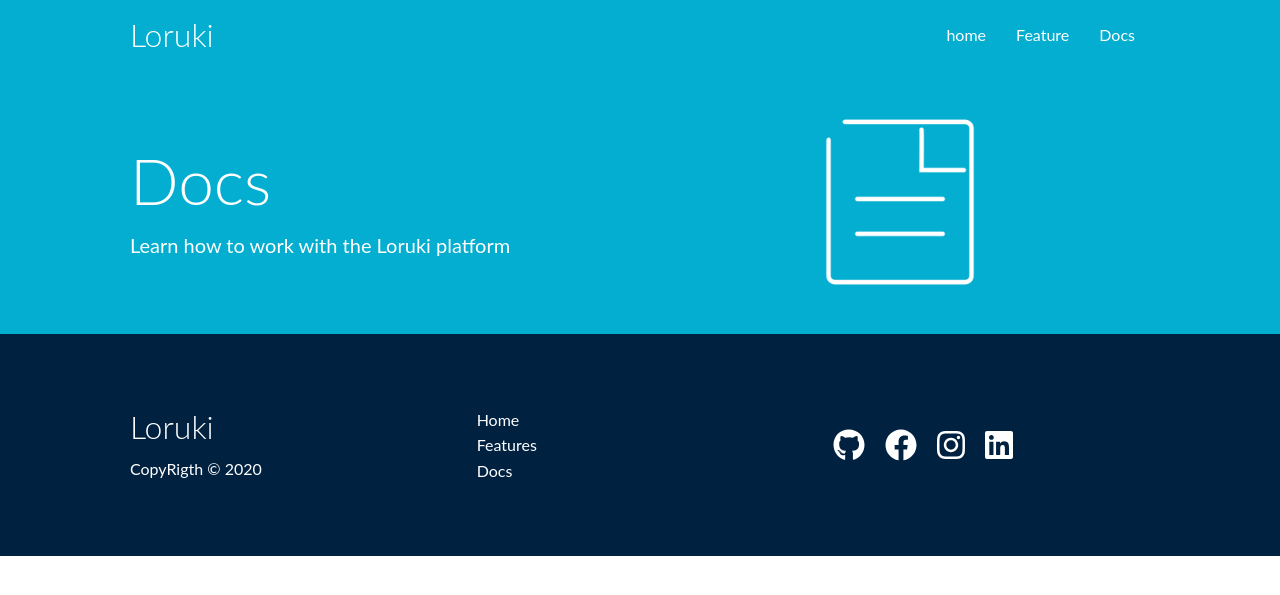
Repository: MosiurRrahman/loruki-app-reactjs
Page: /docs
An editor plug-in stored every save of this project. The page is shown before and after the next save, followed by the edit.
The browser window is 1280 px wide. The pictures show the whole page.
The project was rebuilt for these pictures with package versions that can differ from the ones it lists, and the page was loaded fresh each time. Also part of the build but not shown: src/components/pages/home/Cli.js, src/components/pages/home/Cloud.js, src/components/pages/home/Languages.js, src/components/pages/home/ShowcaseForm.js, src/components/pages/home/ShowCase.js, src/components/pages/home/Status.js, src/components/pages/home/HomePage.js, src/components/layouts/Main.jsx and 4 more.

Above is the page before, as saved 2021-10-06 15:02:35.

After the next save:
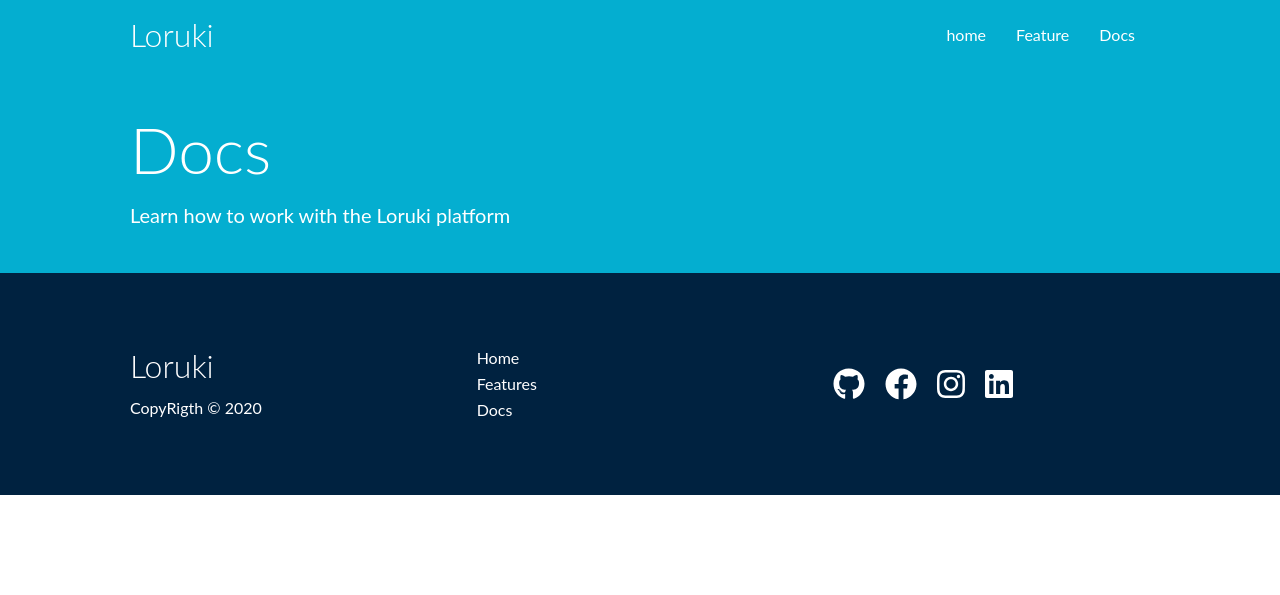
Saved 45 s later.
--- a/src/components/pages/docs/DocsHead.js
+++ b/src/components/pages/docs/DocsHead.js
@@ -1,5 +1,4 @@
 import React, { Component } from "react";
-import IMAGES from '../../../assets/images/images';
 
 class DocsHead extends Component {
   render() {
@@ -11,7 +10,7 @@
               <h1 className="xl">Docs</h1>
               <p className="lead">Learn how to work with the Loruki platform</p>
             </div>
-            <img src={IMAGES.docs} alt="doct photo" />
+            {/* <img src={IMAGES.docs} alt="doct photo" /> */}
           </div>
         </section>
       </>

After the save that followed:
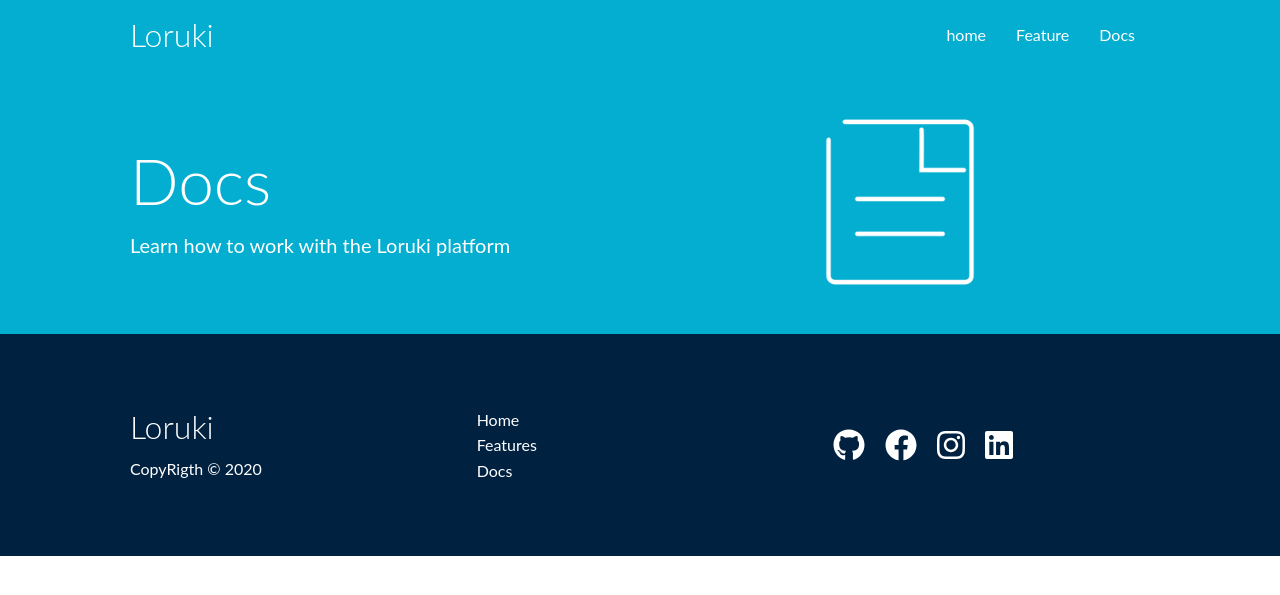
Saved 18 s later.
--- a/src/components/pages/docs/DocsHead.js
+++ b/src/components/pages/docs/DocsHead.js
@@ -1,4 +1,5 @@
 import React, { Component } from "react";
+import IMAGES from '../../../assets/images/images';
 
 class DocsHead extends Component {
   render() {
@@ -10,7 +11,7 @@
               <h1 className="xl">Docs</h1>
               <p className="lead">Learn how to work with the Loruki platform</p>
             </div>
-            {/* <img src={IMAGES.docs} alt="doct photo" /> */}
+            <img src={IMAGES.docs} alt="doct photo" />
           </div>
         </section>
       </>
